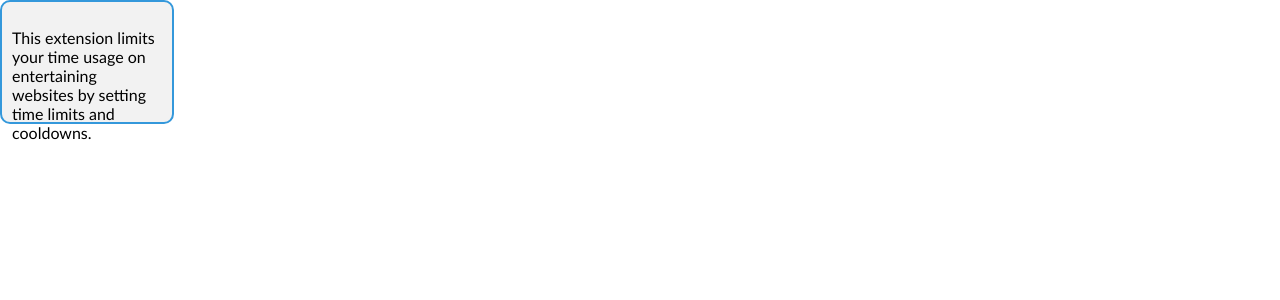
Repository: AndrlmMass/Time-management-chrome-extension
Page: popup.html
The author's editor kept a copy of each file at every save. The page is drawn from the files as they stood at one save, then again after the next save.
The browser window is 1280 px wide. The pictures show the whole page.

Above is the page before, as saved 2023-08-22 15:38:05.

### popup.html
<!DOCTYPE html>
<html>
<head>
  <title>Popup</title>
  <link rel="stylesheet" type="text/css" href="styles.css">
</head>
<body>
  <div id="popup-container">
    <p>This extension limits your time usage on entertaining websites by setting time limits and cooldowns.</p>
  </div>
  <script src="popup.js"></script>
</body>
</html>

### styles.css
@font-face {
  font-family: 'CustomFont';
  src: url('path/to/font.woff2') format('woff2'),
       url('path/to/font.woff') format('woff');
}

body {
    font-family: 'Calibri', sans-serif;
    margin: 0;
    padding: 0;
  }

  #popup-container {
    padding: 10px;
    margin: 0;
    width: 300px;
    background-color: #f2f2f2;
    border: 2px solid #3498db;
    border-radius: 10px;
  }

### popup.js
document.addEventListener('DOMContentLoaded', function() {
  // Get the popup's main container element
  const popupContainer = document.getElementById('popup-container');

  // Set custom width and height
  popupContainer.style.width = '150px';    // Adjust width as needed
  popupContainer.style.height = '100px';   // Adjust height as needed
});

After the next save:
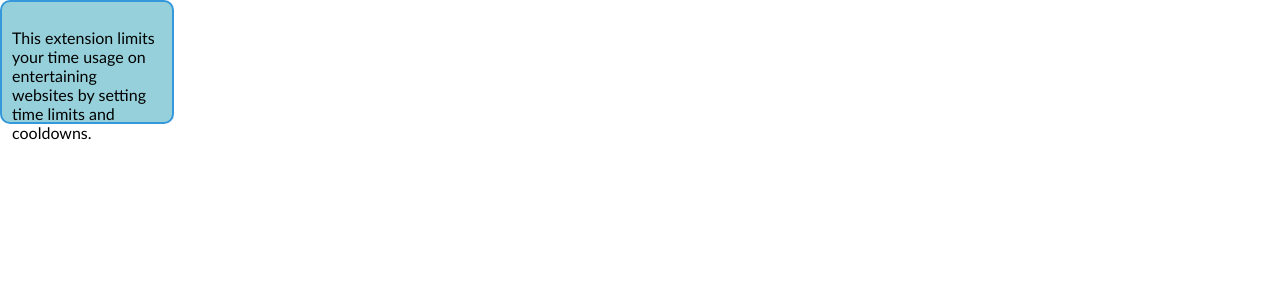
Saved 27 s later.
--- a/styles.css
+++ b/styles.css
@@ -14,7 +14,7 @@ body {
     padding: 10px;
     margin: 0;
     width: 300px;
-    background-color: #f2f2f2;
+    background-color: #96d1db;
     border: 2px solid #3498db;
     border-radius: 10px;
   }
